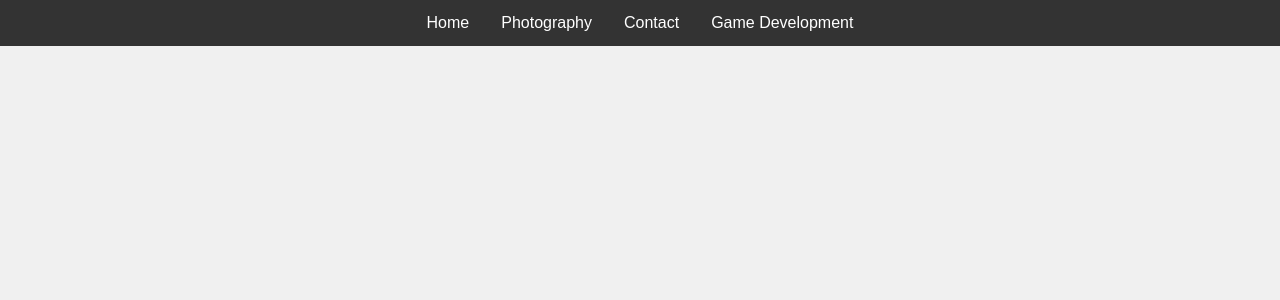
Repository: Argivist/ArgPortfolio
Page: blender/index.html
An editor plug-in stored every save of this project. The page is shown before and after the next save, followed by the edit.
The browser window is 1280 px wide. The pictures show the whole page.

Above is the page before, as saved 2025-03-28 16:00:04.

### blender/index.html
<!DOCTYPE html>
<html lang="en">

<head>
    <meta charset="UTF-8">
    <meta name="viewport" content="width=device-width, initial-scale=1.0">
    <link rel="stylesheet" href="../css/styles.css">
    <link rel="stylesheet" href="../css/nav.css">
    <link rel="stylesheet" href="../css/blender.css">


    <title>Hutton Amison-Addy</title>

    <style>
        body{
            background-color: #f0f0f0;
            font-family: 'Arial', sans-serif;
        }
    </style>
</head>

<body>
    <nav>
        <ul>
            <li class="nav-content"><a href="../../index.html">Home</a></li>
            <li class="nav-content"><a href="https://www.instagram.com/theworldinoneseye/">Photography</a></li>

            <li class="dropdown nav-content">
                <a href="contact.html">Contact</a>
                <ul class="dropdown-content">
                    <li><a href="https://www.linkedin.com/in/hutton-amison-addy-7b1b3b1b1/">LinkedIn</a></li>
                    <li><a href="https://www.github.com/Argivist">GitHub</a></li>
                    <li><a href="mailto:hutton.amison@ashesi.edu.gh">hutton.amison@ashesi.edu.gh</a></li>
                    <li><a href="mailto:huttonaaddy.public@gmail.com">huttonaaddy.public@gmail.com</a></li>
                </ul>
            </li>

            <li class="dropdown nav-content">
                <a href="#">Game Development</a>
                <ul class="dropdown-content">
                    <li><a href="game/index.html">Game Development Projects</a></li>
                    <li class=" active"><a href="blender/index.html">Blender</a></li>
                </ul>
            </li>
        </ul>
    </nav>
    <div class="padding">
    </div>
        <div class="overlay">

        </div>



</body>

</html>

### css/styles.css
body{
    height: 100%;
    margin: 0;
    padding: 0;
}

### css/nav.css
/* NAV Content and Dropdown */
.nav-content {
    position: relative;
    display: inline-block;
}

.dropdown {
    position: relative; /* For proper absolute positioning of its child */
    display: inline-block;
}

.dropdown:hover .dropdown-content {
    display: block;
}

.dropdown-content {
    display: none;
    position: absolute; /* This makes it overlay other elements without affecting layout */
    background-color: #f9f9f9;
    min-width: 160px;
    box-shadow: 0px 8px 16px 0px rgba(0,0,0,0.2);
    z-index: 1;
}

/* Nav Stylisation */
nav {
    background-color: #333;
    position: fixed;
    top: 0;
    left: 0;
    width: 100vw;
    z-index: 100;
    display: flex;
    justify-content: center;  /* Centers the nav content horizontally */
    align-items: center;      /* Vertically centers items */
    margin: 0;
}

/* Reserve space for the fixed navbar */
.padding {
    height: 35px;  /* Adjust this value to match your navbar's height */
    top: 0;
    left: 0;
    width: 100%;
    bottom: 0;
}

/* Nav List Styles */
nav ul {
    list-style-type: none;
    margin: 0;
    padding: 0;
    display: flex;
}

nav ul li {
    display: inline-block;
    margin: 0;
    text-align: center;
    background-color: #333;
}

/* Nav Links */
nav ul li a {
    display: block;
    color: white;
    text-align: center;
    padding: 14px 16px;
    text-decoration: none;
}

nav ul li a:hover {
    background-color: #111;
}

/* Optional: Ensure dropdown list items take full width */
.dropdown ul li {
    width: 100%;
}

.active{
    background-color: #675656;
    color: white;

}

Loaded but not shown: css/blender.css (no stored copy; drawn as an empty file)

After the next save:
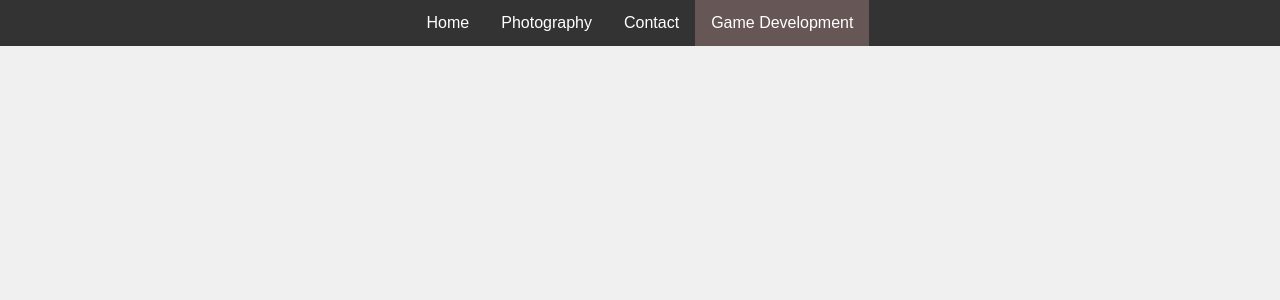
Saved 9 s later.
--- a/blender/index.html
+++ b/blender/index.html
@@ -35,11 +35,11 @@
                 </ul>
             </li>
 
-            <li class="dropdown nav-content">
+            <li class="dropdown nav-content active">
                 <a href="#">Game Development</a>
                 <ul class="dropdown-content">
                     <li><a href="game/index.html">Game Development Projects</a></li>
-                    <li class=" active"><a href="blender/index.html">Blender</a></li>
+                    <li class=" "><a href="blender/index.html">Blender</a></li>
                 </ul>
             </li>
         </ul>
